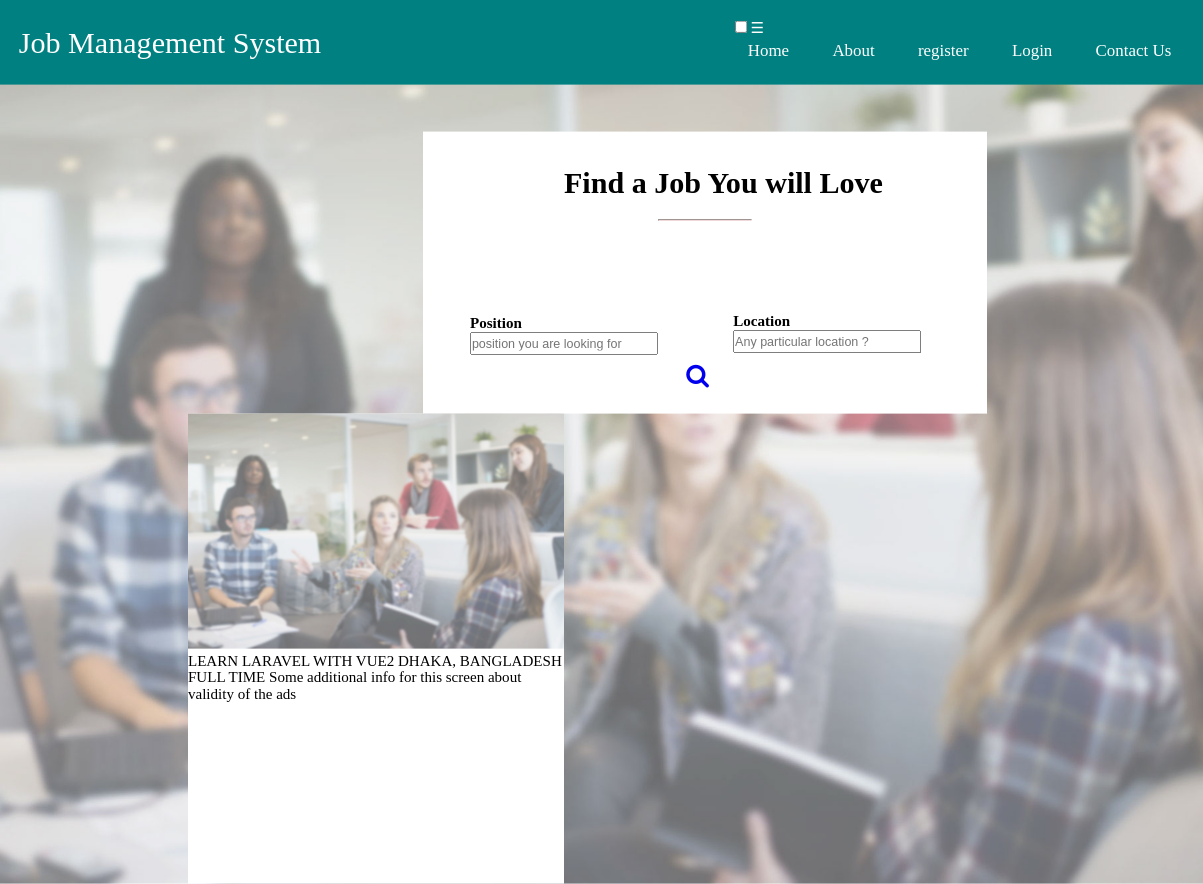
Repository: PrinceKumawat1109/JFSD
Page: http://localhost/Job-management/home.jsp
The author's editor kept a copy of each file at every save. The page is drawn from the files as they stood at one save, then again after the next save.
The browser window is 1280 px wide. The pictures show the whole page, at 94% of full size.
The page is served by Tomcat 9.

Above is the page before, as saved 2022-10-29 18:36:22.

After the next save:
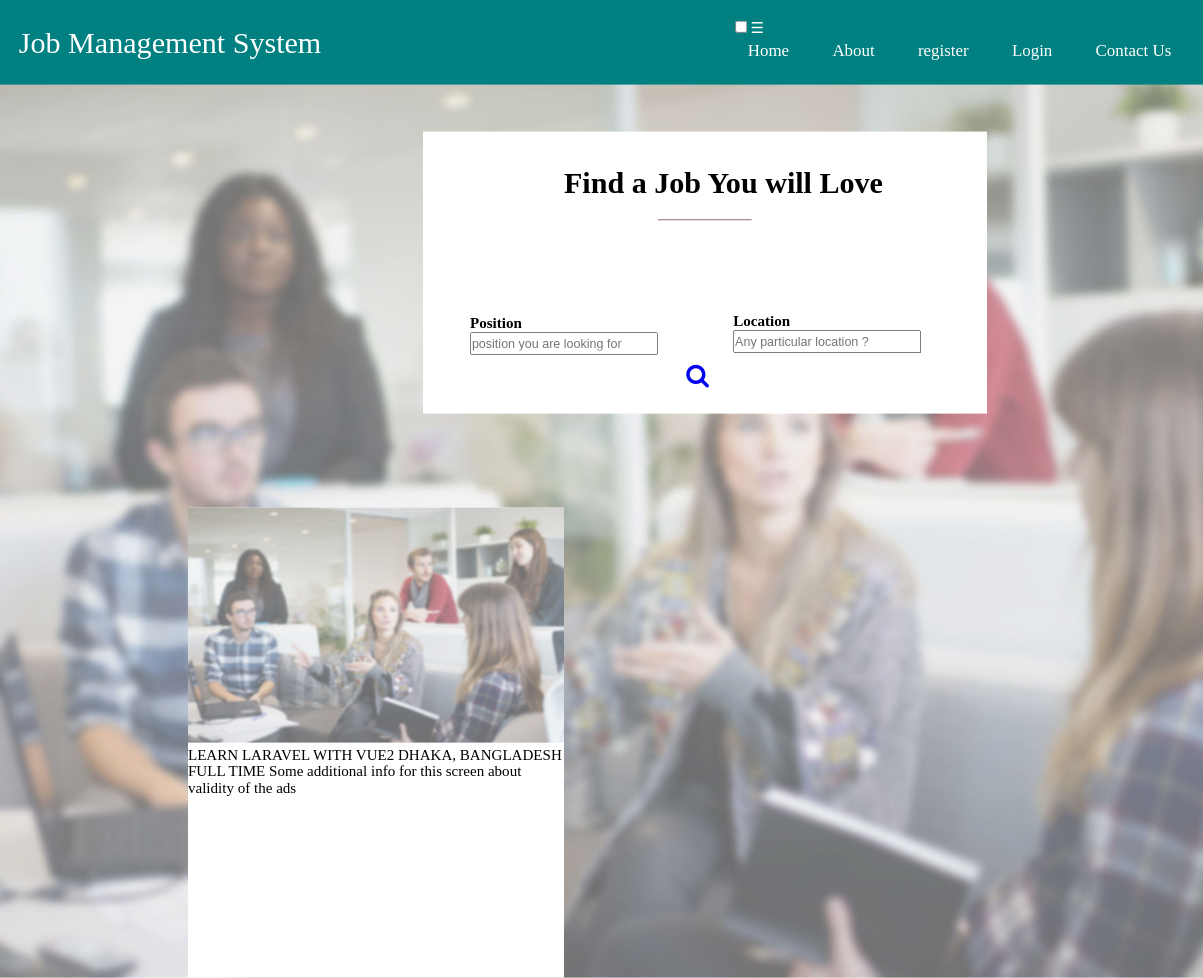
Saved 18 s later.
--- a/Job-management/src/main/webapp/home.jsp
+++ b/Job-management/src/main/webapp/home.jsp
@@ -36,6 +36,7 @@ height:500px;
 width: 400px;
 background-color: white;
 margin-left: 200px;
+margin-top: 100px;
 }
 </style>
 <body>
